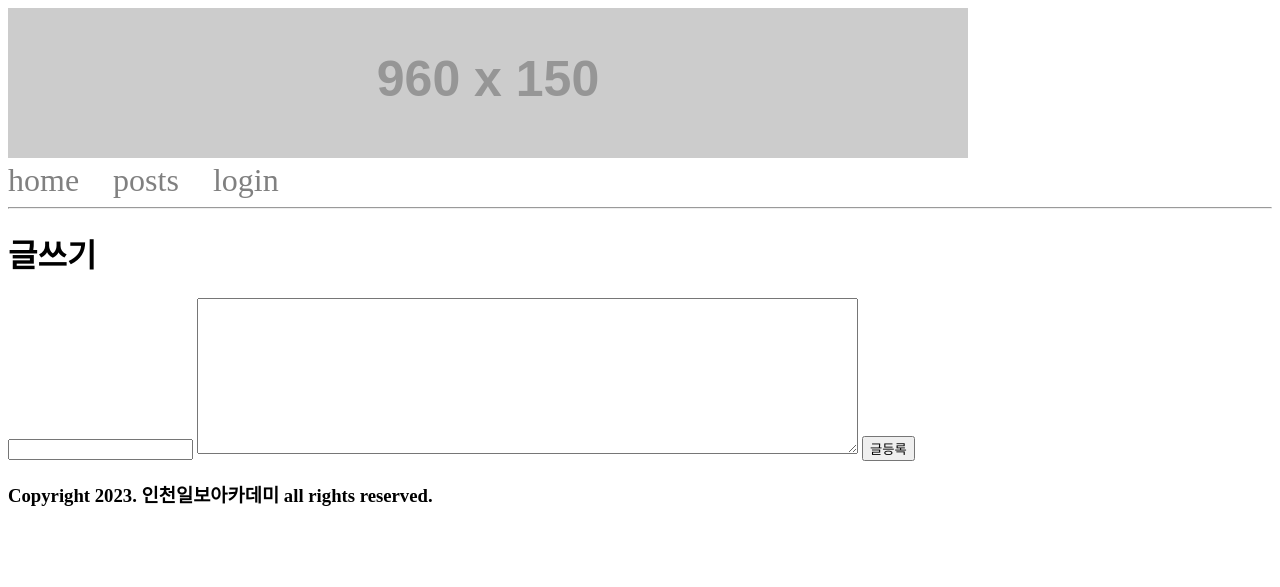
Repository: wkdtkgkek16/web01
Page: http://localhost/ex01/posts/insert
An editor plug-in stored every save of this project. The page is shown before and after the next save, followed by the edit.
The browser window is 1280 px wide. The pictures show the whole page.
The page is served by Tomcat 9. Other server files are loaded and not shown.

Above is the page before, as saved 2023-03-27 02:51:51.

### ex01/WebContent/home.jsp
<%@ page language="java" contentType="text/html; charset=UTF-8"
    pageEncoding="UTF-8"%>
<!DOCTYPE html>
<html>
<head>
<meta charset="UTF-8">
<title>Insert title here</title>
	<link href="home.css" rel="stylesheet" type="text/css" media="all"/>
</head>
<body>
	<jsp:include page="header.jsp"></jsp:include>
	<div class="div_menu">
		<a href="/">home</a>
		<a href="/posts">posts</a>
		<a href="/login">login</a>
	</div>
	<hr/>
	<jsp:include page="${pageName}"></jsp:include>
	<jsp:include page="footer.jsp"></jsp:include>
</body>
</html>

### ex01/WebContent/header.jsp
<%@ page language="java" contentType="text/html; charset=UTF-8"
    pageEncoding="UTF-8"%>
<div class="div_header">
	<img src="http://via.placeholder.com/960x150"/>
</div>

### ex01/WebContent/insert.jsp
<%@ page language="java" contentType="text/html; charset=UTF-8"
    pageEncoding="UTF-8"%>
<h1>글쓰기</h1>
<form>
	<input type="text" name="title"/>
	<textarea rows="10" cols="80"></textarea>
	</hr>
	<button>글등록</button>
</form>

### ex01/WebContent/footer.jsp
<%@ page language="java" contentType="text/html; charset=UTF-8"
    pageEncoding="UTF-8"%>
    <div class="footer">
		<h3>Copyright 2023. 인천일보아카데미 all rights reserved.</h3>
	</div>

### ex01/src/controller/PostsController.java
package controller;

import java.io.IOException;

import javax.servlet.RequestDispatcher;
import javax.servlet.ServletException;
import javax.servlet.annotation.WebServlet;
import javax.servlet.http.HttpServlet;
import javax.servlet.http.HttpServletRequest;
import javax.servlet.http.HttpServletResponse;

import model.PostDAO;


@WebServlet(value={"/posts", "/posts/insert"})
public class PostsController extends HttpServlet {
	private static final long serialVersionUID = 1L;
	PostDAO dao=new PostDAO();

	protected void doGet(HttpServletRequest request, HttpServletResponse response) throws ServletException, IOException {
		RequestDispatcher dis=request.getRequestDispatcher("/home.jsp");
		switch(request.getServletPath()) {
		case "/posts":
			request.setAttribute("list", dao.list());
			request.setAttribute("pageName", "posts.jsp");
			dis.forward(request, response);
			break;
		case "/posts/insert":
			request.setAttribute("pageName", "insert.jsp");
			dis.forward(request, response);
			break;
		}

	}

	protected void doPost(HttpServletRequest request, HttpServletResponse response) throws ServletException, IOException {

	}

}

### ex01/WebContent/home.css
@charset "UTF-8";

.div_menu a{
			color: gray;
			text-decoration: none;
			padding-right: 30px;
			font-size: 2rem;
		}

After the next save:
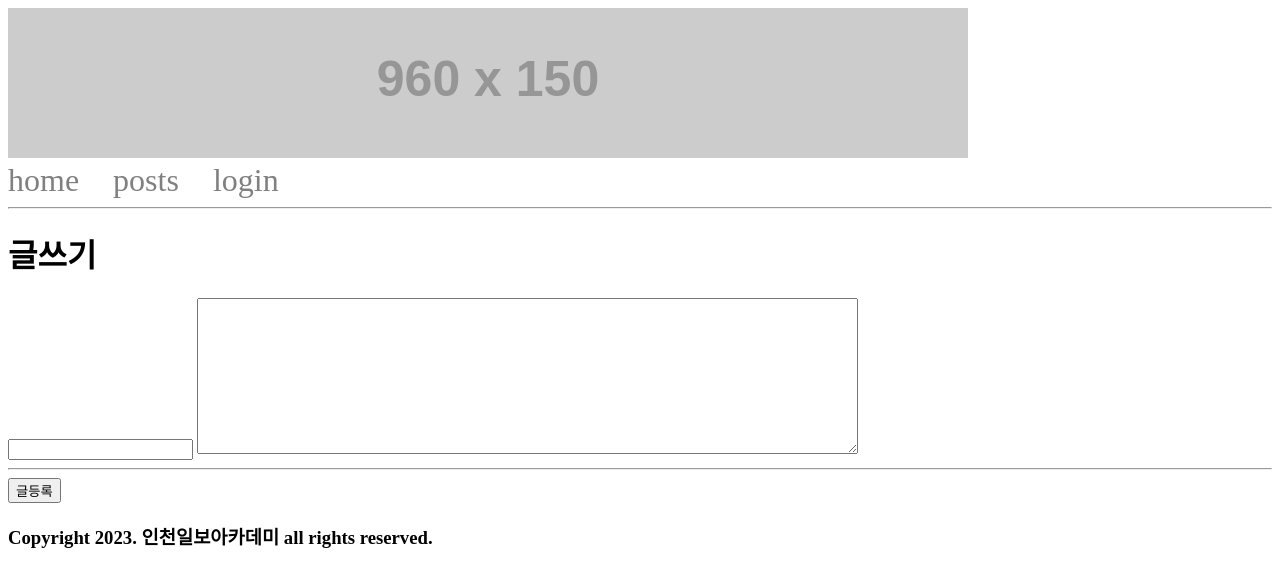
Saved 5 s later.
--- a/ex01/WebContent/insert.jsp
+++ b/ex01/WebContent/insert.jsp
@@ -4,6 +4,6 @@
 <form>
 	<input type="text" name="title"/>
 	<textarea rows="10" cols="80"></textarea>
-	</hr>
+	<hr/>
 	<button>글등록</button>
 </form>
